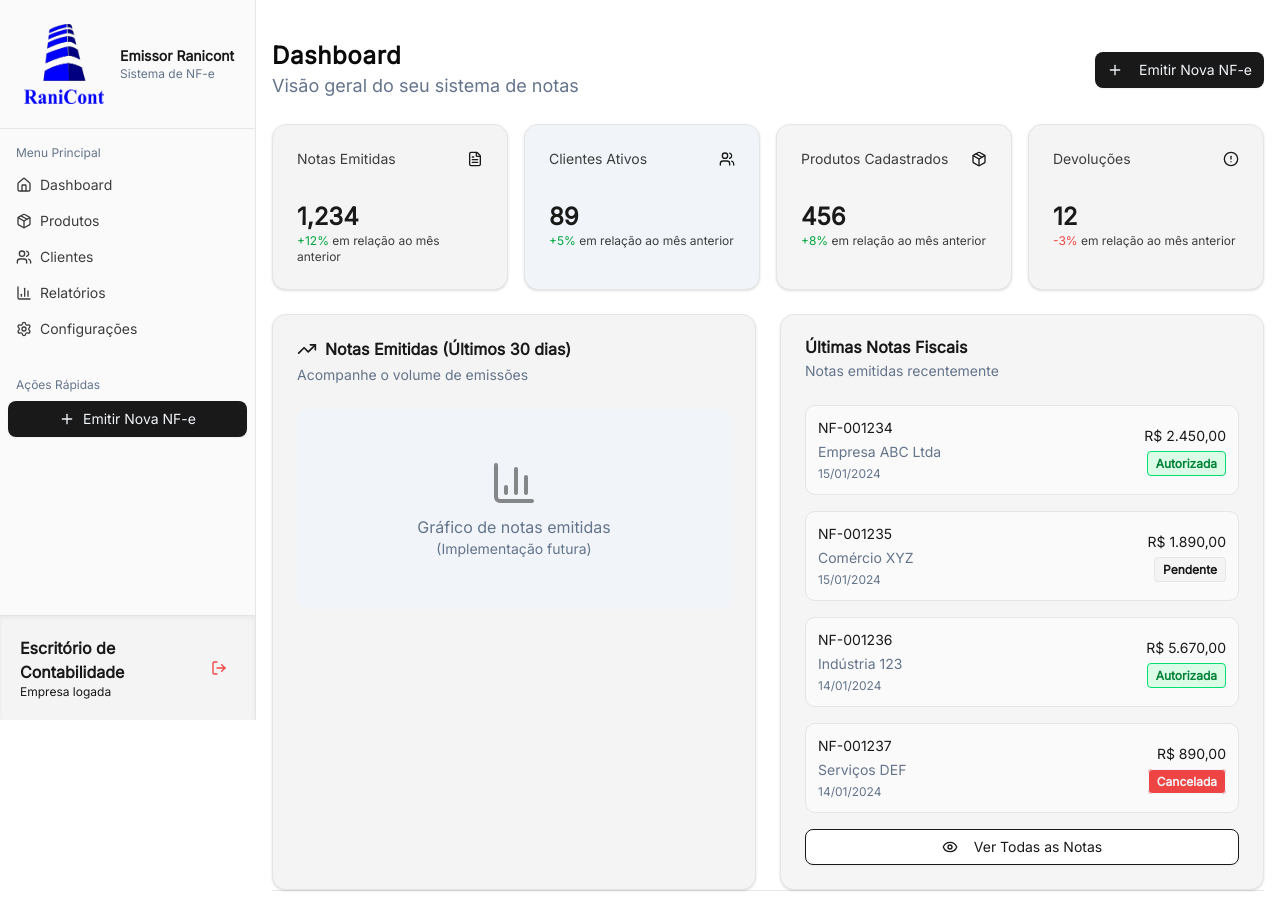
Repository: vinimx/emissor-ranicont
Page: /dashboard
The author's editor kept a copy of each file at every save. The page is drawn from the files as they stood at one save, then again after the next save.
The browser window is 1280 px wide. The pictures show the whole page.
The project was rebuilt for these pictures with package versions that can differ from the ones it lists, and the page was loaded fresh each time. Also part of the build but not shown: vite.config.js, src/components/ui/input.jsx, src/components/ui/label.jsx, src/components/Auth/Login/index.jsx, src/components/Auth/Cadastrar/index.jsx, src/components/ui/separator.jsx, src/components/ui/sheet.jsx, src/components/ui/skeleton.jsx and 2 more.

Above is the page before, as saved 2025-06-20 09:56:44.

### index.html
<!DOCTYPE html>
<html lang="en">
  <head>
    <meta charset="UTF-8" />
    <link rel="icon" type="image/svg+xml" href="/vite.svg" />
    <meta name="viewport" content="width=device-width, initial-scale=1.0" />
    <title>Emissor Ranicont</title>
  </head>
  <body>
    <div id="root"></div>
    <script type="module" src="/src/main.jsx"></script>
  </body>
</html>

### src/main.jsx
import "./index.css";
import React from "react";
import ReactDOM from "react-dom/client";
import { BrowserRouter } from "react-router-dom";
import App from "./App";

ReactDOM.createRoot(document.getElementById("root")).render(
  <React.StrictMode>
    <BrowserRouter>
      <App />
    </BrowserRouter>
  </React.StrictMode>
);

### src/App.jsx
import { Routes, Route } from "react-router-dom";
import Login from "./components/Auth/Login";
import Cadastrar from "./components/Auth/Cadastrar";
import Dashboard from "./components/Dashboard";
import Produtos from "./components/Produtos";

function App() {
  return (
    <Routes>
      <Route path="/login" element={<Login />} />
      <Route path="/cadastrar" element={<Cadastrar />} />
      <Route path="/dashboard" element={<Dashboard />} />
      <Route path="/produtos" element={<Produtos />} />
    </Routes>
  );
}

export default App;

### src/components/Dashboard/index.jsx
import { SidebarProvider } from "@/components/ui/sidebar";
import MenuSideBar from "../SideBar";
import LayoutComSidebar from "../MobileSideBar"; // ajuste o caminho se necessário
import HeaderPagina from "../HeaderPagina";
import { Menu, Plus } from "lucide-react";
import { Button } from "../ui/button";
import { Link } from "react-router-dom";
import {
  Card,
  CardContent,
  CardDescription,
  CardHeader,
  CardTitle,
} from "@/components/ui/card";
import {
  FileText,
  Users,
  Package,
  AlertCircle,
  TrendingUp,
  BarChart3,
  Eye,
} from "lucide-react";
import { Badge } from "@/components/ui/badge";

const estatisticas = [
  {
    titulo: "Notas Emitidas",
    value: "1,234",
    change: "+12%",
    icon: FileText,
    cor: "text-blue-600",
  },
  {
    titulo: "Clientes Ativos",
    value: "89",
    change: "+5%",
    icon: Users,
    cor: "text-green-600",
  },
  {
    titulo: "Produtos Cadastrados",
    value: "456",
    change: "+8%",
    icon: Package,
    cor: "text-purple-600",
  },
  {
    titulo: "Devoluções",
    value: "12",
    change: "-3%",
    icon: AlertCircle,
    cor: "text-orange-600",
  },
];

const notasRecentes = [
  {
    id: "NF-001234",
    cliente: "Empresa ABC Ltda",
    value: "R$ 2.450,00",
    status: "Autorizada",
    data: "15/01/2024",
  },
  {
    id: "NF-001235",
    cliente: "Comércio XYZ",
    value: "R$ 1.890,00",
    status: "Pendente",
    data: "15/01/2024",
  },
  {
    id: "NF-001236",
    cliente: "Indústria 123",
    value: "R$ 5.670,00",
    status: "Autorizada",
    data: "14/01/2024",
  },
  {
    id: "NF-001237",
    cliente: "Serviços DEF",
    value: "R$ 890,00",
    status: "Cancelada",
    data: "14/01/2024",
  },
];

export default function Dashboard() {
  return (
    <SidebarProvider>
      <LayoutComSidebar>
        <div className="mt-20 md:mt-10 m-4 space-y-6 border-b border-[var(--sidebar-borda)]">
          <HeaderPagina
            titulo="Dashboard"
            subtitulo="Visão geral do seu sistema de notas"
            acao={
              <Button
                asChild
                className="bg-[var(--sidebar-primaria)] text-[var(--primaria-texto)] font-medium transition-colors hover:bg-[var(--primaria-hover)] rounded-[var(--raio)]"
              >
                <Link to="/dashboard/notas/new">
                  <Plus className="h-4 w-4 mr-2" />
                  Emitir Nova NF-e
                </Link>
              </Button>
            }
          />

          {/* Estatísticas */}
          <div className="grid gap-4 mt-2 md:grid-cols-2 lg:grid-cols-4">
            {estatisticas.map((estat, idx) => {
              // Defina cores de fundo e hover para cada card
              let bg = "bg-[var(--sidebar-destaque)]";
              let hover = "hover:bg-[var(--sidebar-accent)]";
              let text = "text-[var(--sidebar-texto)]";
              let icon = "text-[var(--sidebar-primaria)]";
              let value = "text-[var(--sidebar-primaria)]";
              let changePlus = "text-green-600";
              let changeMinus = "text-[var(--destrutivo)]";

              if (idx === 1) {
                bg = "bg-[var(--suave)]";
                hover = "hover:bg-[var(--sidebar-destaque)]";
              }
              if (idx === 2) {
                bg = "bg-[var(--sidebar-accent)]";
                hover = "hover:bg-[var(--suave)]";
              }

              return (
                <Card
                  key={estat.titulo}
                  className={`transition-shadow hover:shadow-lg cursor-pointer ${bg} ${hover}`}
                >
                  <CardHeader className="flex flex-row items-center justify-between space-y-0 pb-2">
                    <CardTitle className={`text-sm font-medium ${text}`}>
                      {estat.titulo}
                    </CardTitle>
                    <estat.icon className={`h-4 w-4 ${icon}`} />
                  </CardHeader>
                  <CardContent>
                    <div className={`text-2xl font-bold ${value}`}>
                      {estat.value}
                    </div>
                    <p className={`text-xs ${text}`}>
                      <span
                        className={
                          estat.change.startsWith("+")
                            ? changePlus
                            : changeMinus
                        }
                      >
                        {estat.change}
                      </span>{" "}
                      em relação ao mês anterior
                    </p>
                  </CardContent>
                </Card>
              );
            })}
          </div>

          {/* Gráfico e Notas Recentes */}
          <div className="grid gap-6 md:grid-cols-2">
            {/* Chart Card */}
            <Card className="md:col-span-1 bg-[var(--sidebar-destaque)] hover:bg-[var(--sidebar-accent)] transition-colors">
              <CardHeader>
                <CardTitle className="flex items-center gap-2 text-[var(--sidebar-primaria)]">
                  <TrendingUp className="h-5 w-5 text-[var(--sidebar-primaria)]" />
                  Notas Emitidas (Últimos 30 dias)
                </CardTitle>
                <CardDescription className="text-[var(--suave-texto)]">
                  Acompanhe o volume de emissões
                </CardDescription>
              </CardHeader>
              <CardContent>
                <div className="h-[200px] flex items-center justify-center bg-[var(--suave)] rounded-lg">
                  <div className="text-center text-[var(--suave-texto)]">
                    <BarChart3 className="h-12 w-12 mx-auto mb-2 opacity-50 text-[var(--sidebar-primaria)]" />
                    <p>Gráfico de notas emitidas</p>
                    <p className="text-sm">(Implementação futura)</p>
                  </div>
                </div>
              </CardContent>
            </Card>

            {/* Notas Recentes */}
            <Card className="md:col-span-1 bg-[var(--sidebar-accent)] hover:bg-[var(--sidebar-destaque)] transition-colors">
              <CardHeader>
                <CardTitle className="text-[var(--sidebar-accent-foreground)]">
                  Últimas Notas Fiscais
                </CardTitle>
                <CardDescription className="text-[var(--suave-texto)]">
                  Notas emitidas recentemente
                </CardDescription>
              </CardHeader>
              <CardContent>
                <div className="space-y-4">
                  {notasRecentes.map((notasDashboard) => (
                    <div
                      key={notasDashboard.id}
                      className="flex items-center justify-between p-3 border rounded-lg bg-[var(--sidebar-fundo)] hover:shadow transition-shadow"
                    >
                      <div className="space-y-1">
                        <p className="font-medium text-sm text-[var(--sidebar-primaria)]">
                          {notasDashboard.id}
                        </p>
                        <p className="text-sm text-[var(--suave-texto)]">
                          {notasDashboard.cliente}
                        </p>
                        <p className="text-xs text-[var(--suave-texto)]">
                          {notasDashboard.data}
                        </p>
                      </div>
                      <div className="text-right space-y-1">
                        <p className="font-medium text-sm text-[var(--sidebar-primaria)]">
                          {notasDashboard.value}
                        </p>
                        <span
                          className={`
                        px-2 py-1 rounded text-xs font-semibold border
                        ${
                          notasDashboard.status === "Autorizada"
                            ? "bg-green-100 text-green-700 border-green-400"
                            : notasDashboard.status === "Pendente"
                            ? "bg-[var(--sidebar-destaque)] text-[var(--sidebar-destaque-texto)] border-[var(--sidebar-borda)]"
                            : "bg-[var(--destrutivo)] text-[var(--destrutivo-texto)] border-[var(--destrutivo-texto)]"
                        }
                      `}
                        >
                          {notasDashboard.status}
                        </span>
                      </div>
                    </div>
                  ))}
                </div>
                <Button
                  variant="outline"
                  className="w-full mt-4 border-[var(--sidebar-primaria)] text-[var(--sidebar-primaria)] hover:bg-[var(--sidebar-primaria)] hover:text-[var(--sidebar-primaria-texto)] transition-colors"
                  asChild
                >
                  <Link to="/dashboard/notas">
                    <Eye className="h-4 w-4 mr-2" />
                    Ver Todas as Notas
                  </Link>
                </Button>
              </CardContent>
            </Card>
          </div>
        </div>
      </LayoutComSidebar>
    </SidebarProvider>
  );
}

### src/components/ui/button.jsx
import * as React from "react"
import { Slot } from "@radix-ui/react-slot"
import { cva } from "class-variance-authority";

import { cn } from "@/lib/utils"

const buttonVariants = cva(
  "inline-flex items-center justify-center gap-2 whitespace-nowrap rounded-md text-sm font-medium transition-all disabled:pointer-events-none disabled:opacity-50 [&_svg]:pointer-events-none [&_svg:not([class*='size-'])]:size-4 shrink-0 [&_svg]:shrink-0 outline-none focus-visible:border-ring focus-visible:ring-ring/50 focus-visible:ring-[3px] aria-invalid:ring-destructive/20 dark:aria-invalid:ring-destructive/40 aria-invalid:border-destructive",
  {
    variants: {
      variant: {
        default:
          "bg-primary text-primary-foreground shadow-xs hover:bg-primary/90",
        destructive:
          "bg-destructive text-white shadow-xs hover:bg-destructive/90 focus-visible:ring-destructive/20 dark:focus-visible:ring-destructive/40 dark:bg-destructive/60",
        outline:
          "border bg-background shadow-xs hover:bg-accent hover:text-accent-foreground dark:bg-input/30 dark:border-input dark:hover:bg-input/50",
        secondary:
          "bg-secondary text-secondary-foreground shadow-xs hover:bg-secondary/80",
        ghost:
          "hover:bg-accent hover:text-accent-foreground dark:hover:bg-accent/50",
        link: "text-primary underline-offset-4 hover:underline",
      },
      size: {
        default: "h-9 px-4 py-2 has-[>svg]:px-3",
        sm: "h-8 rounded-md gap-1.5 px-3 has-[>svg]:px-2.5",
        lg: "h-10 rounded-md px-6 has-[>svg]:px-4",
        icon: "size-9",
      },
    },
    defaultVariants: {
      variant: "default",
      size: "default",
    },
  }
)

function Button({
  className,
  variant,
  size,
  asChild = false,
  ...props
}) {
  const Comp = asChild ? Slot : "button"

  return (
    <Comp
      data-slot="button"
      className={cn(buttonVariants({ variant, size, className }))}
      {...props} />
  );
}

export { Button, buttonVariants }

### src/components/ui/card.jsx
import * as React from "react"

import { cn } from "@/lib/utils"

function Card({
  className,
  ...props
}) {
  return (
    <div
      data-slot="card"
      className={cn(
        "bg-card text-card-foreground flex flex-col gap-6 rounded-xl border py-6 shadow-sm",
        className
      )}
      {...props} />
  );
}

function CardHeader({
  className,
  ...props
}) {
  return (
    <div
      data-slot="card-header"
      className={cn(
        "@container/card-header grid auto-rows-min grid-rows-[auto_auto] items-start gap-1.5 px-6 has-data-[slot=card-action]:grid-cols-[1fr_auto] [.border-b]:pb-6",
        className
      )}
      {...props} />
  );
}

function CardTitle({
  className,
  ...props
}) {
  return (
    <div
      data-slot="card-title"
      className={cn("leading-none font-semibold", className)}
      {...props} />
  );
}

function CardDescription({
  className,
  ...props
}) {
  return (
    <div
      data-slot="card-description"
      className={cn("text-muted-foreground text-sm", className)}
      {...props} />
  );
}

function CardAction({
  className,
  ...props
}) {
  return (
    <div
      data-slot="card-action"
      className={cn(
        "col-start-2 row-span-2 row-start-1 self-start justify-self-end",
        className
      )}
      {...props} />
  );
}

function CardContent({
  className,
  ...props
}) {
  return (<div data-slot="card-content" className={cn("px-6", className)} {...props} />);
}

function CardFooter({
  className,
  ...props
}) {
  return (
    <div
      data-slot="card-footer"
      className={cn("flex items-center px-6 [.border-t]:pt-6", className)}
      {...props} />
  );
}

export {
  Card,
  CardHeader,
  CardFooter,
  CardTitle,
  CardAction,
  CardDescription,
  CardContent,
}

### src/components/Logo/index.jsx
import React from "react";
import logoEmissor from "/assets/images/logo.png";

const Logo = () => {
  return (
    <a href="#">
      <img src={logoEmissor} alt="Logo Emissor" className="h-20 w-20" />
    </a>
  );
};

export default Logo;

### src/components/MobileSideBar/index.jsx
import { SidebarProvider } from "@/components/ui/sidebar";
import MenuSideBar from "../SideBar";
import { useSidebar } from "@/components/ui/sidebar";
import { useEffect } from "react";
import { Menu } from "lucide-react";

export default function LayoutComSidebar({ children }) {
  const { isMobile, openMobile, setOpenMobile } = useSidebar();

  useEffect(() => {
    if (!isMobile && openMobile) setOpenMobile(false);
  }, [isMobile, openMobile, setOpenMobile]);

  const handleHamburgerClick = (e) => {
    e.stopPropagation();
    setOpenMobile(!openMobile);
  };

  return (
    <>
      {/* Botão menu-hamburger fora do Sheet quando fechado */}
      {isMobile && !openMobile && (
        <button
          className="md:hidden fixed top-4 left-4 z-[999] bg-[var(--primaria)] text-white p-2 shadow-lg border-2 rounded-[var(--raio)] border-[var(--sidebar-borda)]"
          onClick={handleHamburgerClick}
          aria-label="Abrir menu"
          type="button"
        >
          <Menu className="h-6 w-6" style={{ color: "var(--destaque)" }} />
        </button>
      )}
      <div className="flex">
        <MenuSideBar />
        <div className="flex-1">{children}</div>
      </div>
    </>
  );
}

### src/components/HeaderPagina/index.jsx
import React from "react";

export default function HeaderPagina({ titulo, subtitulo, acao, children }) {
  return (
    <div className="flex items-center justify-between">
      <div>
        <h2 className="text-2xl font-bold tracking-wide">{titulo}</h2>
        {subtitulo && (
          <p className="text-lg" style={{ color: "var(--suave-texto)" }}>
            {subtitulo}
          </p>
        )}
        {children}
      </div>
      {acao && <div>{acao}</div>}
    </div>
  );
}

### src/components/ui/tooltip.jsx
"use client"

import * as React from "react"
import * as TooltipPrimitive from "@radix-ui/react-tooltip"

import { cn } from "@/lib/utils"

function TooltipProvider({
  delayDuration = 0,
  ...props
}) {
  return (<TooltipPrimitive.Provider data-slot="tooltip-provider" delayDuration={delayDuration} {...props} />);
}

function Tooltip({
  ...props
}) {
  return (
    <TooltipProvider>
      <TooltipPrimitive.Root data-slot="tooltip" {...props} />
    </TooltipProvider>
  );
}

function TooltipTrigger({
  ...props
}) {
  return <TooltipPrimitive.Trigger data-slot="tooltip-trigger" {...props} />;
}

function TooltipContent({
  className,
  sideOffset = 0,
  children,
  ...props
}) {
  return (
    <TooltipPrimitive.Portal>
      <TooltipPrimitive.Content
        data-slot="tooltip-content"
        sideOffset={sideOffset}
        className={cn(
          "bg-primary text-primary-foreground animate-in fade-in-0 zoom-in-95 data-[state=closed]:animate-out data-[state=closed]:fade-out-0 data-[state=closed]:zoom-out-95 data-[side=bottom]:slide-in-from-top-2 data-[side=left]:slide-in-from-right-2 data-[side=right]:slide-in-from-left-2 data-[side=top]:slide-in-from-bottom-2 z-50 w-fit origin-(--radix-tooltip-content-transform-origin) rounded-md px-3 py-1.5 text-xs text-balance",
          className
        )}
        {...props}>
        {children}
        <TooltipPrimitive.Arrow
          className="bg-primary fill-primary z-50 size-2.5 translate-y-[calc(-50%_-_2px)] rotate-45 rounded-[2px]" />
      </TooltipPrimitive.Content>
    </TooltipPrimitive.Portal>
  );
}

export { Tooltip, TooltipTrigger, TooltipContent, TooltipProvider }

Loaded but not shown: src/lib/utils.js (common file); src/hooks/use-mobile.js (common file); src/components/ui/sidebar.jsx (681 lines, source omitted); src/index.css (181 lines, source omitted); src/components/SideBar/index.jsx (158 lines, source omitted)

After the next save:
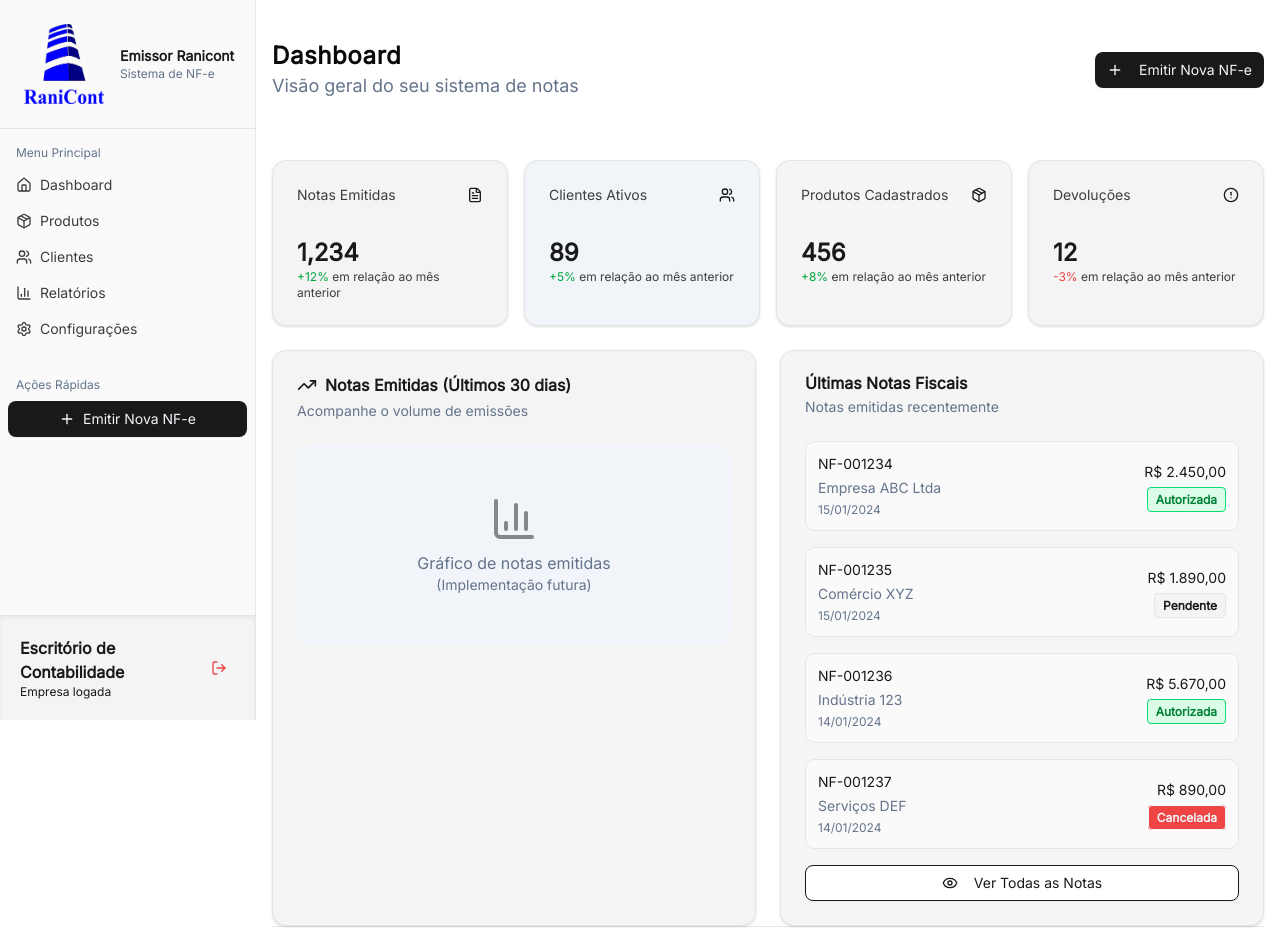
Saved 6 s later.
--- a/src/components/Dashboard/index.jsx
+++ b/src/components/Dashboard/index.jsx
@@ -107,7 +107,7 @@
           />
 
           {/* Estatísticas */}
-          <div className="grid gap-4 mt-2 md:grid-cols-2 lg:grid-cols-4">
+          <div className="grid gap-4 mt-15 md:grid-cols-2 lg:grid-cols-4">
             {estatisticas.map((estat, idx) => {
               // Defina cores de fundo e hover para cada card
               let bg = "bg-[var(--sidebar-destaque)]";

After the save that followed:
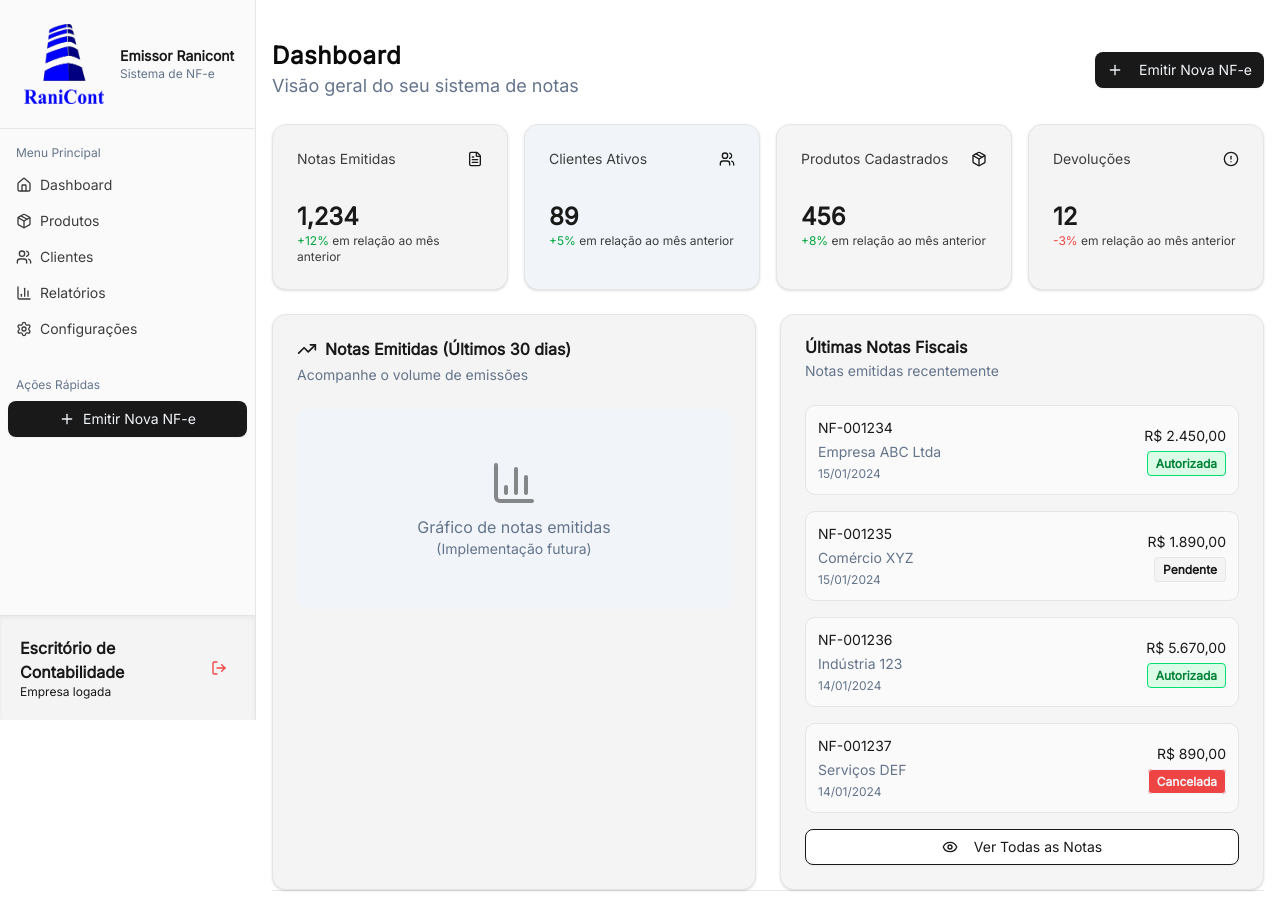
Saved 6 s later.
--- a/src/components/Dashboard/index.jsx
+++ b/src/components/Dashboard/index.jsx
@@ -107,7 +107,7 @@
           />
 
           {/* Estatísticas */}
-          <div className="grid gap-4 mt-15 md:grid-cols-2 lg:grid-cols-4">
+          <div className="grid gap-4 md:grid-cols-2 lg:grid-cols-4">
             {estatisticas.map((estat, idx) => {
               // Defina cores de fundo e hover para cada card
               let bg = "bg-[var(--sidebar-destaque)]";
